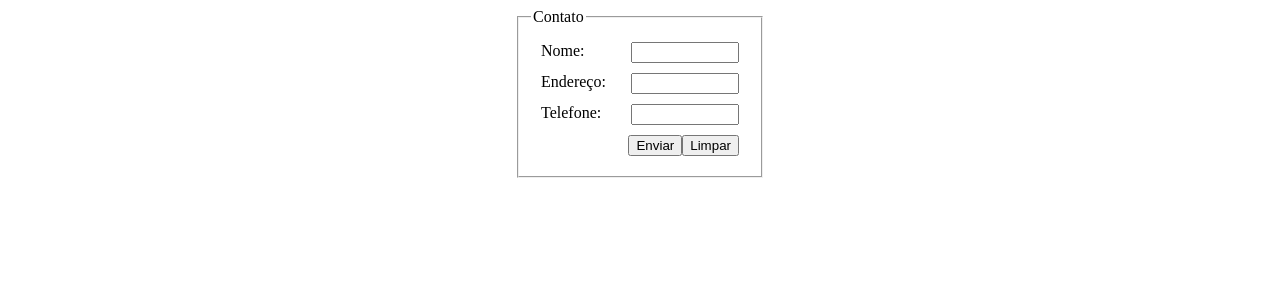
Repository: daniloserafim/trilha-backend-senai
Page: exemploServlet/WebContent/contato.html
An editor plug-in stored every save of this project. The page is shown before and after the next save, followed by the edit.
The browser window is 1280 px wide. The pictures show the whole page.

Above is the page before, as saved 2022-05-31 23:54:37.

### exemploServlet/WebContent/contato.html
<!DOCTYPE html>
<html>
<head>
<meta charset="ISO-8859-1">
<title>Insert title here</title>
<link rel="stylesheet" type="text/css" href="style.css">
</head>
<body>
	<form class="form" action="insereContato">
		<fieldset>
			<legend>Contato</legend>
			<div class="form-box">
				<div class="nome-box item-box">
					<div class="nome-title title-box">
						<label>Nome:</label>
					</div>
					<div class="nome-input input-box">
						<input type="text" name="nome" required>
					</div>
				</div>
				<div class="endereco-box item-box">
					<div class="endereco-title title-box">
						<label>Endereço:</label>
					</div>
					<div class="endereco-input input-box">
						<input required>
					</div>
				</div>
				<div class="telefone-box item-box">
					<div class="telefone-title title-box">
						<label>Telefone:</label>
					</div>
					<div class="telefone-input input-box">
						<input required>
					</div>
				</div>
				<div class="buttons-box">
					<div class="enviar-button-box button-box">
						<button class="enviar-button">
							Enviar
						</button>
					</div>
					<div class="limpar-button-box button-box">
						<button class="limpar-button">
							Limpar
						</button>
					</div>
				</div>
			</div>
		</fieldset>
	</form>
</body>
</html>

### exemploServlet/WebContent/style.css
@charset "ISO-8859-1";


body {
	display: flex;
	justify-content: center;
	align-items: center;
}

.form {
	width: 250px;
}

input {
	width: 100px;
}

.item-box {
	display: flex;
	flex-direction: row;
	margin: 10px;
	justify-content: space-between;
}

.title-box {
	margin-right: 10px;
}

.buttons-box {
	display: flex;
	flex-direction: row;
	margin: 10px;
	justify-content: end;
}

After the next save:
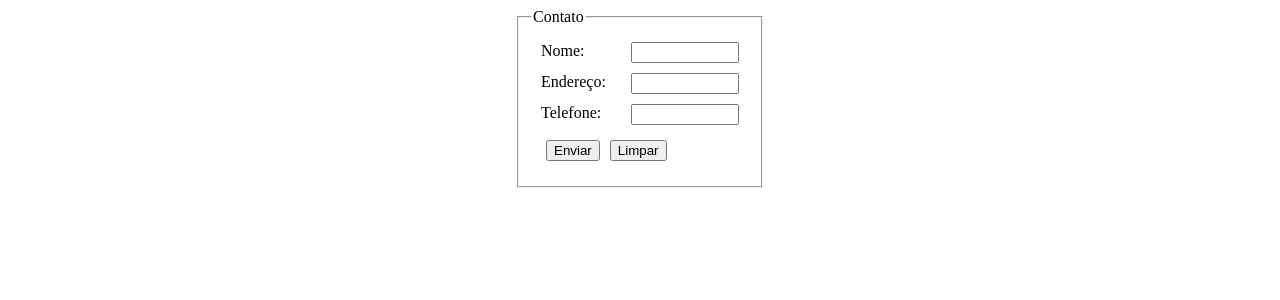
Saved 42 s later.
--- a/exemploServlet/WebContent/style.css
+++ b/exemploServlet/WebContent/style.css
@@ -30,5 +30,9 @@ input {
 	display: flex;
 	flex-direction: row;
 	margin: 10px;
-	justify-content: end;
+	justify-content: start;
 }
+
+.button-box {
+	margin: 5px;
+}
